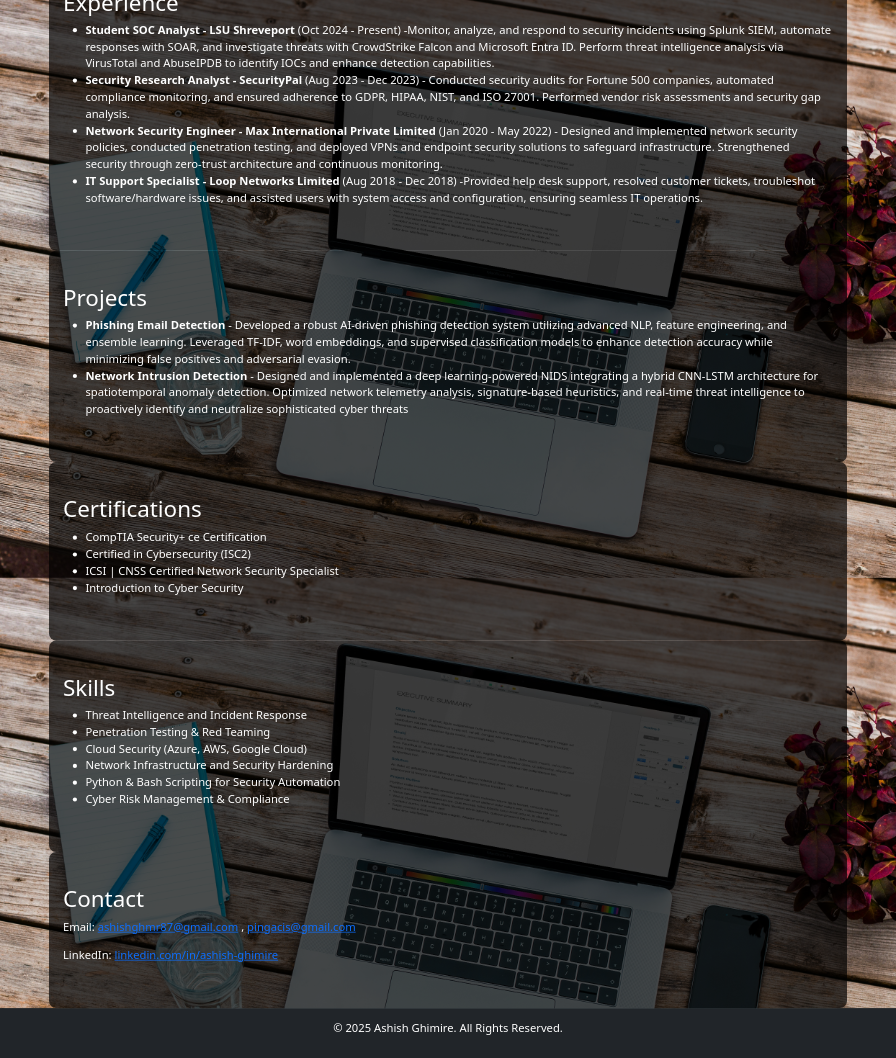
Repository: NetworkNinja11/ashishghimire.github.io
Page: index.html
An editor plug-in stored every save of this project. The page is shown before and after the next save, followed by the edit.
The browser window is 1280 px wide. The pictures show the part of the page from y = 833 to 2753 px (the page is 2345 px tall before and 2753 px after), at 70% of full size.
Backgrounds fixed to the window are drawn as part of the page.

Above is the page before, as saved 2025-03-11 01:18:05.
Not found: styles.css

After the next save:
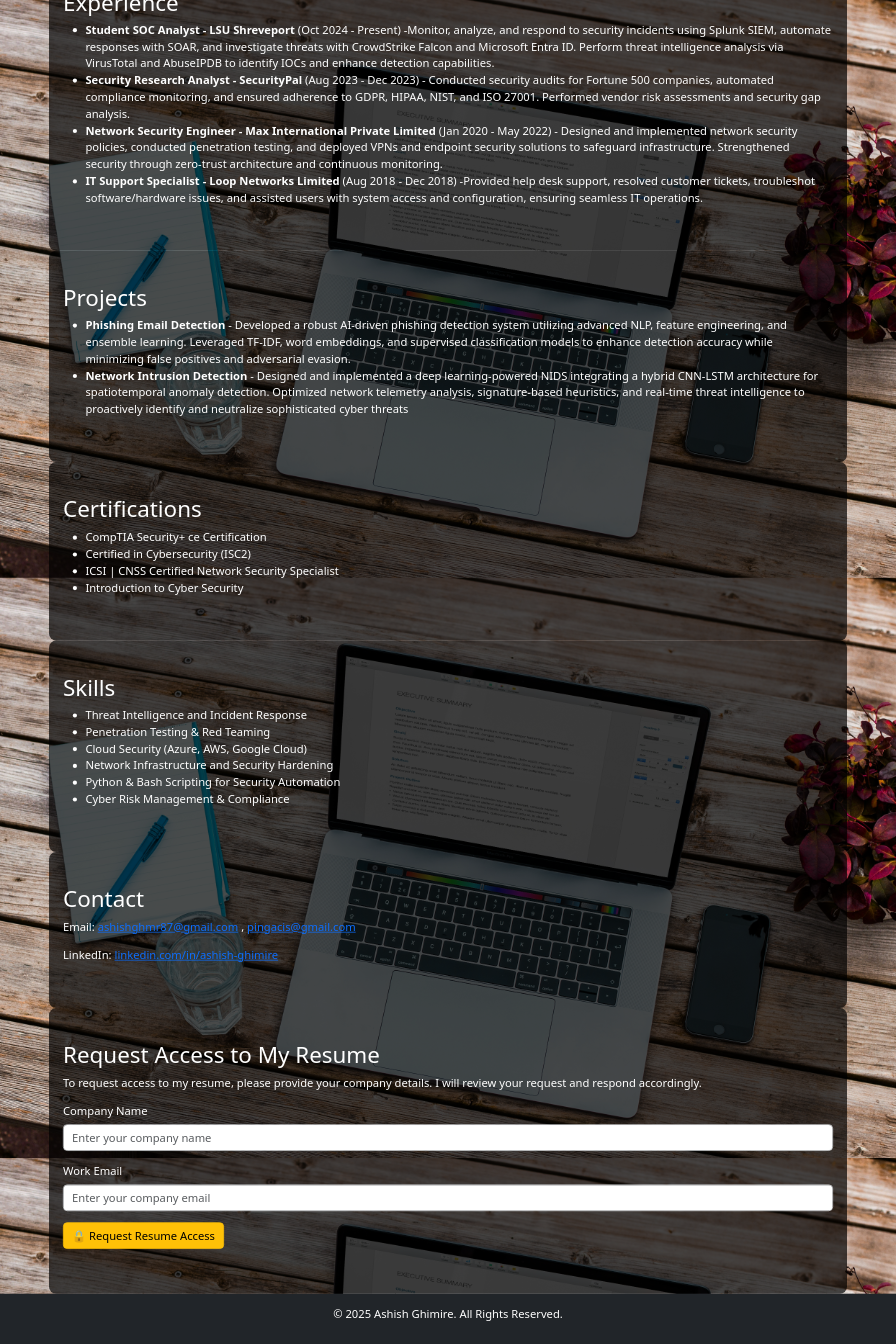
Saved 5 min 47 s later.
--- a/index.html
+++ b/index.html
@@ -99,6 +99,27 @@
         <p>LinkedIn: <a href="https://www.linkedin.com/in/ashish-ghimire-96755b179/" target="_blank">linkedin.com/in/ashish-ghimire</a></p>
     </section>
 
+    <section id="resume-request" class="container py-5 content-section">
+        <h2>Request Access to My Resume</h2>
+        <p>To request access to my resume, please provide your company details. I will review your request and respond accordingly.</p>
+
+        <!-- Request Access Form -->
+        <form id="resumeRequestForm">
+            <div class="mb-3">
+                <label for="companyName" class="form-label">Company Name</label>
+                <input type="text" id="companyName" class="form-control" placeholder="Enter your company name" required>
+            </div>
+            <div class="mb-3">
+                <label for="email" class="form-label">Work Email</label>
+                <input type="email" id="email" class="form-control" placeholder="Enter your company email" required>
+            </div>
+            <button type="submit" class="btn btn-warning">🔒 Request Resume Access</button>
+        </form>
+
+        <p id="requestMessage" class="mt-3"></p>
+    </section>
+
+
     <footer class="text-center bg-dark text-white py-3">
         <p>&copy; 2025 Ashish Ghimire. All Rights Reserved.</p>
     </footer>
